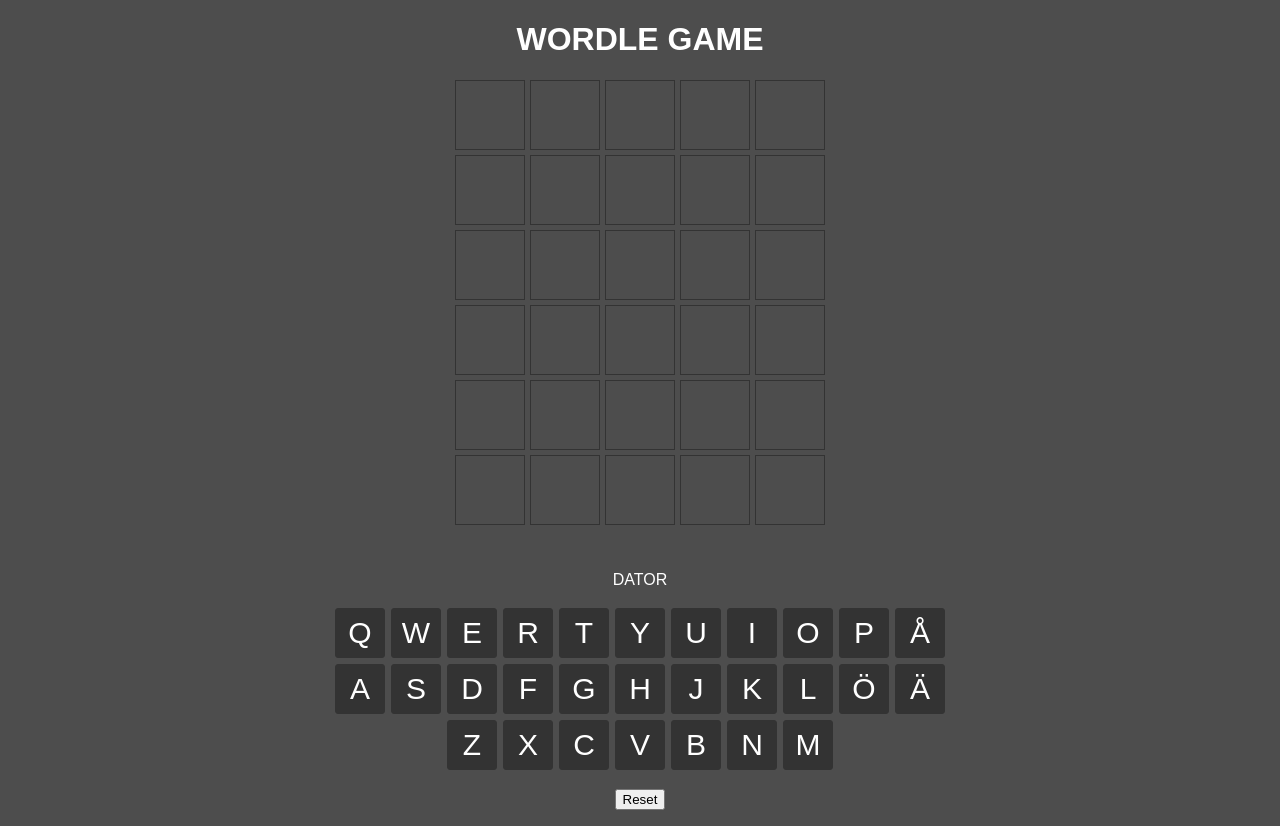
Repository: KarimIsaac/WorldeGame
Page: index.html
An editor plug-in stored every save of this project. The page is shown before and after the next save, followed by the edit.
The browser window is 1280 px wide. The pictures show the whole page.

Above is the page before, as saved 2022-03-13 07:11:08.

After the next save:
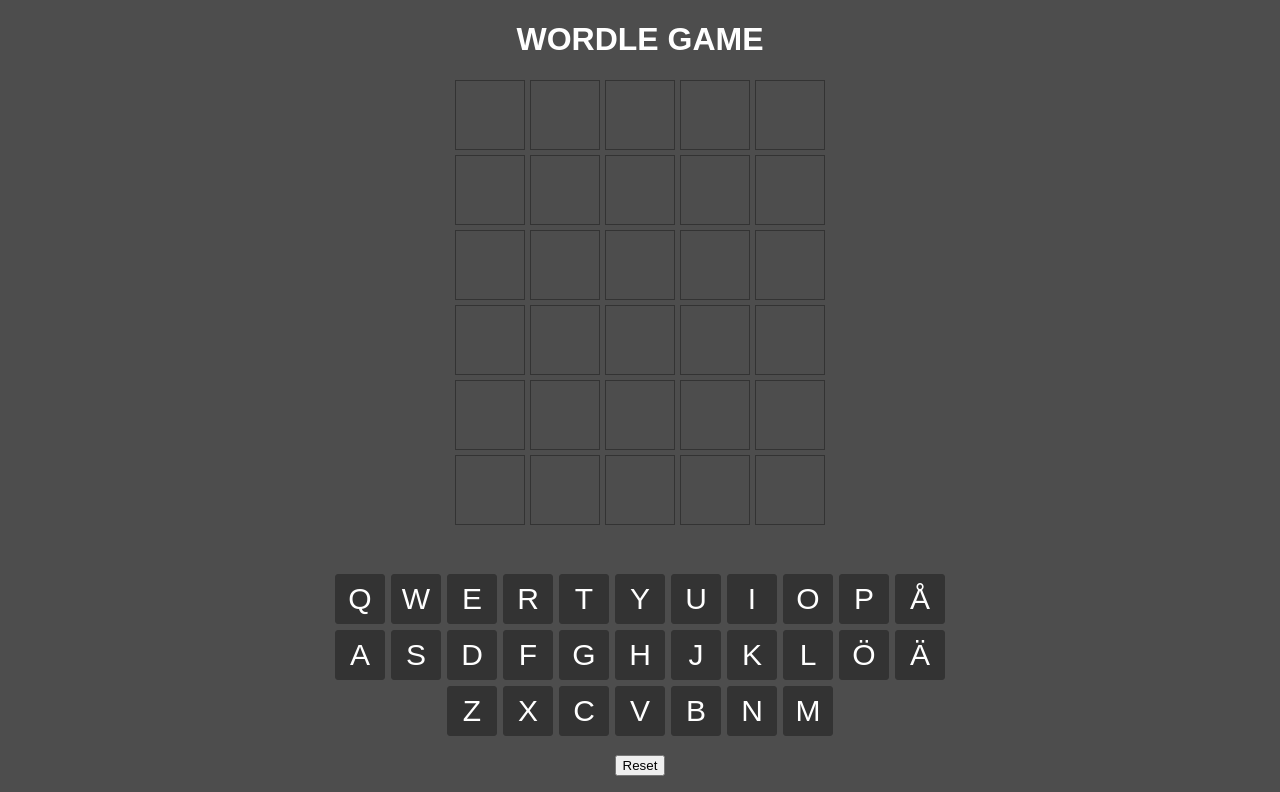
Saved 29 s later.
--- a/script.js
+++ b/script.js
@@ -113,9 +113,6 @@
   attempts = [];
   currentAttempt = "";
 
-  answer = words[Math.floor(Math.random() * words.length)];
-
-  document.getElementById("answer").textContent = answer;
 
   drawGrid();
   drawKeyboard();

After the save that followed:
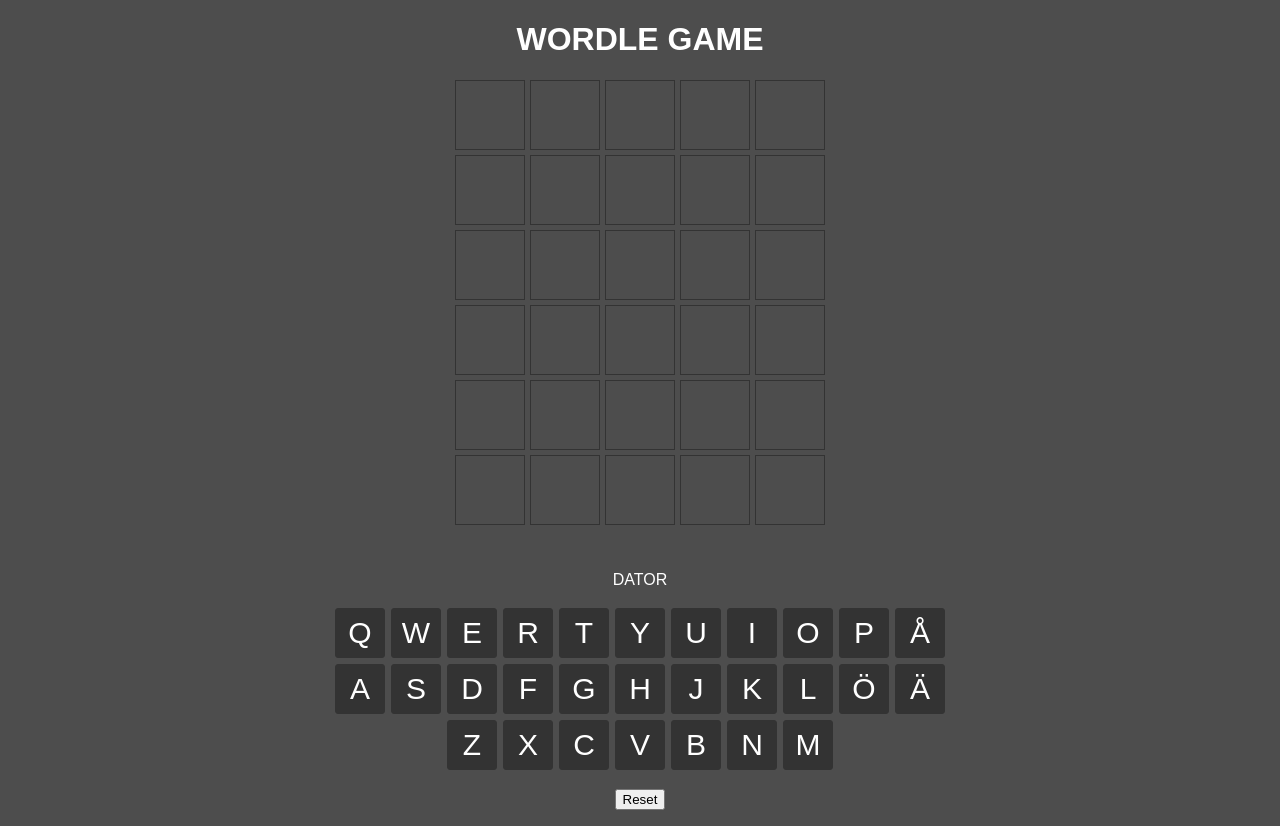
Saved 35 s later.
--- a/script.js
+++ b/script.js
@@ -113,6 +113,9 @@
   attempts = [];
   currentAttempt = "";
 
+  answer = words[Math.floor(Math.random() * words.length)];
+
+  document.getElementById("answer").textContent = answer;
 
   drawGrid();
   drawKeyboard();
